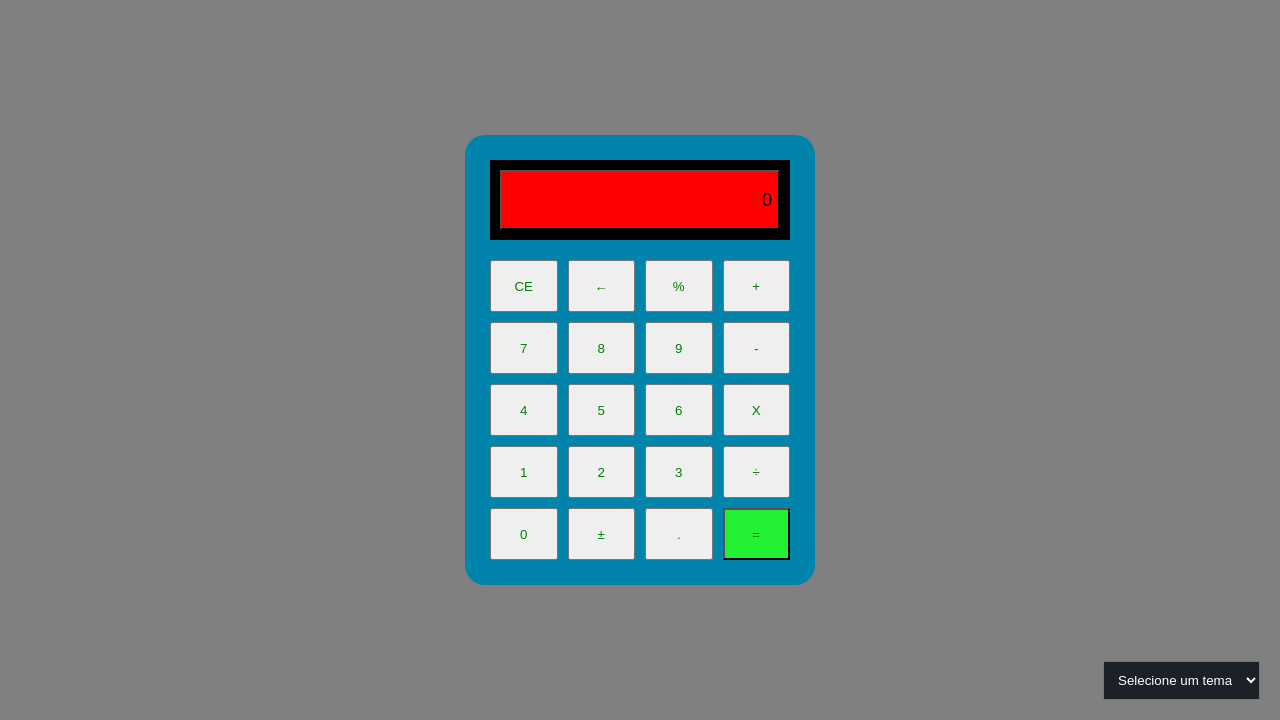
Repository: thislucasme/changing-theme-color-html-css-js
Page: index.html
An editor plug-in stored every save of this project. The page is shown before and after the next save, followed by the edit.
The browser window is 1280 px wide. The pictures show the whole page.

Above is the page before, as saved 2022-06-29 16:38:28.

### index.html
<!DOCTYPE html>
<html lang="pt_BR">

<head>
    <meta charset="UTF-8">
    <meta http-equiv="X-UA-Compatible" content="IE=edge">
    <meta name="viewport" content="width=device-width, initial-scale=1.0">
    <title>Atividade 22 - Calculadora Javascript</title>
    <link href="css/estilo.css" rel="stylesheet"/>
</head>

<body>
    <div class="calculadora">
        <div class="painel" >
            <div class="operacao" ></div>
            <div class="resultado"></div>
            <button id="resultado"  name="resultado">0</button>
        </div>

        <div class="botoes">
            <button class="botao" id="apagar" onclick="limpar(0)">CE</button>
            <button class="botao" id="apagar" onclick="apagarUltimo()">&#8592;</button>
            <button class="botao" id="porcentagem" onclick="porcentagem()">%</button>
            <button class="botao" id="soma" onclick="verificarSinal('+')">+</button>
            <button class="botao" id="sete" onclick="pegarNumero(7)">7</button>
            <button class="botao" id="oito" onclick="pegarNumero(8)">8</button>
            <button class="botao" id="nove" onclick="pegarNumero(9)">9</button>
            <button class="botao" id="subtrair" onclick="verificarSinal('-')">-</button>
            <button class="botao" id="quatro" onclick="pegarNumero(4)">4</button>
            <button class="botao" id="cinco" onclick="pegarNumero(5)">5</button>
            <button class="botao" id="seis" onclick="pegarNumero(6)">6</button>
            <button class="botao" id="multiplicar" onclick="verificarSinal('x')">X</button>
            <button class="botao" id="um" onclick="pegarNumero(1)">1</button>
            <button class="botao" id="dois" onclick="pegarNumero(2)">2</button>
            <button class="botao" id="3" onclick="pegarNumero(3)">3</button>
            <button class="botao" id="dividir" onclick="verificarSinal('/')">&#247;</button>
            <button class="botao" id="0" onclick="pegarNumero(0)">0</button>
            <button class="botao" id="mais/menos" onclick="mudarSinal()">&#177;</button>
            <button class="botao" id="virgula" onclick="colocarPonto()">.</button>
            <button class="botao" id="igual" onclick="darResultado()">=</button>
        </div>
    </div>
    <select name="tema" id="tema" >
        <option value="tema-padrao">Selecione um tema</option>
        <option value="tema-1">Tema 1</option>
        <option value="tema-2">Tema 2</option>
        <option value="tema-3">Tema 3</option>
        <option value="tema-4">Tema 4</option>
        <option value="tema-5">Tema 5</option>
    </select>
</body>

<script src="js/script.js" ></script>

</html>

### css/estilo.css
body {
    background-color: grey;
}

html {
    margin: 0;
    padding: 0;
    height: 100vh;
    display: flex;
    justify-content: center;
    align-items: center;
}

.tema-padrao {
    --color-secondary: #0084ac;
    --font-color: #c9f03c;
    --visor-color: #000000;
    --visor-interno-color: #9b0e6c;
    --cor-botao-igual: rgb(33, 241, 50);
}

.tema-1 {
    --color-secondary: #fbfbfe;
    --font-color: #c70909;
    --visor-color: #000000;
    --visor-interno-color: #696969;
    --cor-botao-igual: rgb(210, 241, 33);
}

.theme-dark {
    --color-secondary: #243133;
    --font-color: #ffffff;
    --visor-color: #000000;
    --visor-interno-color: #575107;
    --cor-botao-igual: rgb(238, 61, 61);
}

.calculadora {
    width: 300px;
    height: 400px;
    background-color: var(--color-secondary);
    border-radius: 20px;
    padding: 25px;
    display: flex;
    flex-direction: column;

}

#igual {
    background-color: var(--cor-botao-igual);
}

.botao {
    color: green;
}


.painel {
    height: 80px;
    width: 100%;
    background-color: var(--visor-color);
    margin-bottom: 20px;
    font-family: 'LCDMono2 Bold', monospace;
    color: rgba(0, 0, 0, 0.6);
    text-shadow: 4px 4px 3px rgb(0 0 0 / 30%);
    padding: 10px;
    box-sizing: border-box;
    text-align: right;
}

#resultado {
    background-color: red;
    height: 60px;
    width: 100%;
    text-align: right;
    font-size: 18px;
}

.botoes {

    display: grid;
    grid-template-columns: repeat(4, 1fr);
    grid-template-rows: repeat(5, 1fr);
    gap: 10px;
    flex: 1;
}

.botoes a {

    background-color: #666;
    text-decoration: none;
    color: black;
    text-align: center;
    font-size: 1.5em;
    display: flex;
    justify-content: center;
    align-items: center;
}

.btn-igual {
    grid-row-start: 4;
    grid-row-end: 6;
    grid-column-start: 4;

}

.btn-c {
    grid-column-start: 1;
    grid-column-end: 3;
}

.btn-0 {
    grid-column-start: 1;
    grid-column-end: 3;
}

#tema {
    background-color: rgb(28, 32, 39);
    color: white;
    padding: 10px;
    position: fixed;
    bottom: 20px;
    right: 20px;
}

#tema>option:hover {
    box-shadow: 0 0 10px 100px #a86218 inset;

}

.tema-1 {
    background-color: grey;
}

.tema-1 .botoes a {
    background-color: aquamarine;
    box-shadow: #666;
}

.tema-2 {
    background-color: red;
}

.tema-3 {
    background-color: azul;
}

.tema-4 {
    background-color: aquamarine;
}

@font-face {
    font-family: 'LCDMono2 Bold';
    font-style: normal;
    font-weight: normal;
    src: local('LCDMono2 Bold'), url('../fonts/LCDM2B__.woff') format('woff');
}

### js/script.js
const nmrTela = document.getElementById("resultado")
var valoresEspaco = '';
var valores = []
window.addEventListener("keydown", teclado);



function pegarNumero(numero) {
    if (nmrTela.innerHTML == "0") {
        nmrTela.innerHTML = numero
    }
    else {
        nmrTela.innerHTML += `${numero}`
    }
}

function verificarSinal(sinal) {
    if (valores.length <= 1) {
        valoresEspaco = nmrTela.innerHTML.split(' ')
        valores.push(parseFloat(nmrTela.innerHTML))
        nmrTela.innerHTML += ` ${sinal} `
        valores.push(sinal)
    }
}

function porcentagem() {
    var caracteres = nmrTela.innerHTML.split(' ')
    console.log(caracteres.length, caracteres)
    if (caracteres.length == 3) {
        var valorPorCento = parseFloat(caracteres[2]) / 100
        var caracteresValor2 = caracteres[2].split('')
        if (caracteresValor2.length != 0) {
            if (caracteresValor2[caracteresValor2.length - 1] != "%") {
                nmrTela.innerHTML += '%'
            }
            valores.push(valorPorCento)
        }
    }
}

function colocarPonto() {
    var caracteresDaConta = []
    var caracteresValor1 = []
    var caracteresValor2 = []
    caracteresDaConta.push(nmrTela.innerHTML.trim().split(' '))//separa entre valor 1, operação e valor2
    caracteresValor1.push(caracteresDaConta[0][0].split(''))//separa cada caractere do valor 1

    if (caracteresDaConta[0].length == 3) {
        caracteresValor2.push(caracteresDaConta[0][2].split(''))//se exister 3 posições, separa cada caractere do valor 2
        verificarSeExistePonto(caracteresValor2)
    }

    verificarSeExistePonto(caracteresValor1)

    function verificarSeExistePonto(caracteresValor) {
        for (let i in caracteresValor[0]) {
            if (caracteresValor[0][i] == '.') {
                var acumuladora = '.'
            }
        }

        if (!(acumuladora == '.')) {
            nmrTela.innerHTML += '.'
        }
    }
}

function mudarSinal() {
    const caracteresDaConta = nmrTela.innerHTML.trim().split(' ')
    let caracteresValor1 = caracteresDaConta[0].split('')
    let valor1 = ''
    let valor2 = ''

    if (caracteresDaConta.length == 3) {
        var caracteresValor2 = caracteresDaConta[2].split('')

        if (caracteresValor2[0] == '-') {
            caracteresValor2.shift()
            imprimirValor(caracteresValor2, valor2, caracteresDaConta)
        }
        else {
            caracteresValor2.unshift('-')
            imprimirValor(caracteresValor2, valor2, caracteresDaConta);
        }
    }

    if (valores.length == 0) {
        if (caracteresValor1[0] == "-") {
            caracteresValor1.shift()
            imprimirValor(caracteresValor1, valor1)
        }
        else {
            caracteresValor1.unshift('-')
            imprimirValor(caracteresValor1, valor1)
        }
    }

    function imprimirValor(caracteresValor, valorNumero, caracteresConta) {
        caracteresValor.forEach(valor => {
            valorNumero += valor;
        })
        if (caracteresConta != undefined) {
            nmrTela.innerHTML = `${caracteresConta[0]} ${caracteresConta[1]} ${valorNumero}`
        }
        else {
            nmrTela.innerHTML = valorNumero
        }
    }
}

function darResultado() {
    var resultado = 0
    var operacao = valores[1]
    if (operacao == '-') {
        tratarResultado('-')
    }
    else if (operacao == '+') {
        tratarResultado('+')
    }
    else if (operacao == 'x') {
        tratarResultado('*')
    }
    else if (operacao == '/') {
        tratarResultado('/')
    }
    valores.splice(0, 3)

    function tratarResultado(operacao) {
        valoresEspaco = nmrTela.innerHTML.split(' ')
        valores.push(valoresEspaco[2])
        switch (operacao) {
            case '-':
                resultado = parseFloat(valores[0]) - parseFloat(valores[2])
                limpar(resultado)
                break;
            case '+':
                resultado = parseFloat(valores[0]) + parseFloat(valores[2])
                limpar(resultado)
                break;
            case '*':
                resultado = parseFloat(valores[0]) * parseFloat(valores[2])
                limpar(resultado)
                break;
            case '/':
                resultado = parseFloat(valores[0]) / parseFloat(valores[2])
                limpar(resultado)
                break;
        }
    }
}

function limpar(valor) {
    valores.splice(0, 3)
    nmrTela.innerHTML = valor
}

function apagarUltimo() {
    var caracteres = nmrTela.innerHTML.trim().split('')
    var arrayCaracteresTela = ""
    caracteres.pop()
    for (let i in caracteres) { arrayCaracteresTela += caracteres[i] }
    if ((arrayCaracteresTela == []) || (arrayCaracteresTela == '-')) {
        nmrTela.innerHTML = 0
    }
    else {
        nmrTela.innerHTML = arrayCaracteresTela
    }

    if (caracteres.length == 0) {
        valores.pop()
        valores.pop()
    }
}

function teclado() {
    const numbers = '0123456789'
    const operadores = '+-/x'
    var tecla = event.key
    if (numbers.includes(tecla)) {
        pegarNumero(tecla)
    }
    else if (operadores.includes(tecla)) {
        verificarSinal(tecla)
    }
    else switch (tecla) {
        case '*':
            verificarSinal('x')
            break;
        case '%':
            porcentagem()
            break;
        case '.':
        case ',':
            colocarPonto();
            break;
        case '=':
        case 'Enter':
            darResultado();
            break;
        case 'Backspace':
            apagarUltimo()
            break;
        case 'Escape':
            limpar(0);
            break;
    }
}

const options = document.getElementById("tema");

//definir o tema padrão
document.documentElement.className = "tema-padrao";

options.addEventListener("change", function () {
    if (options.value) {
        if (options.value === "tema-1") {
            document.documentElement.className = options.value;
        }
        if (options.value === "tema-2") {
            document.getElementsByClassName("calculadora-dois").classList.remove("calculadora-dois");
            document.getElementsByClassName("calculadora-dois").classList.add("calculadora");
        }
        if (options.value === "tema-3") {
            console.log("tema 3")
        }
        if (options.value === "tema-4") {
            console.log("tema 4")
        }
    }
});

After the next save:
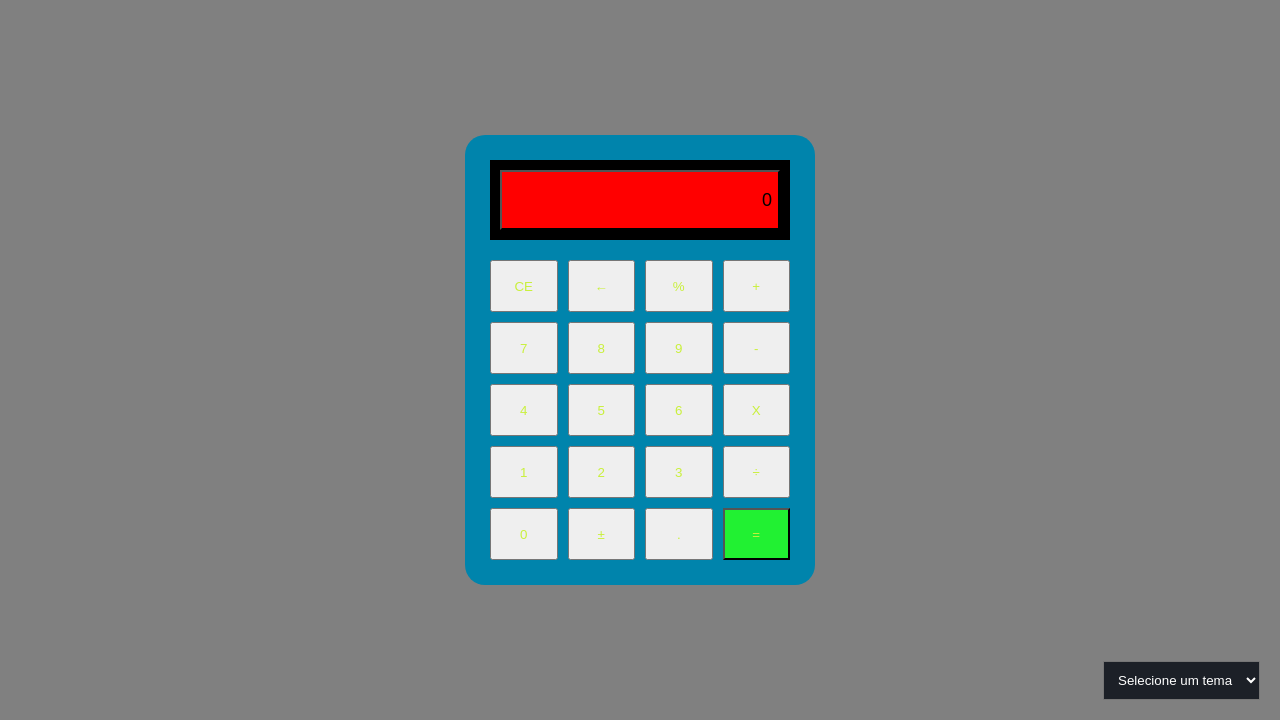
Saved 35 s later.
--- a/css/estilo.css
+++ b/css/estilo.css
@@ -51,7 +51,7 @@ html {
 }
 
 .botao {
-    color: green;
+    color: var(--font-color);
 }
 
 
